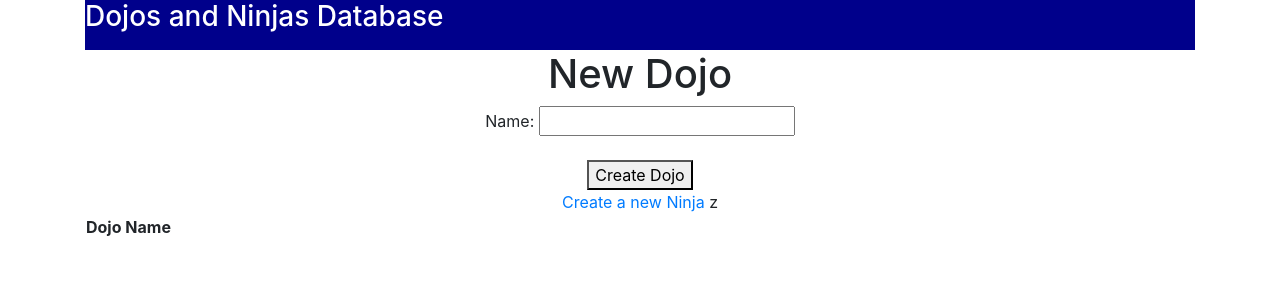
Repository: Java-October-2020/Lance-S-Assignments
Page: http://localhost/dojosAndNinjas/WEB-INF/new.jsp
The author's editor kept a copy of each file at every save. The page is drawn from the files as they stood at one save, then again after the next save.
The browser window is 1280 px wide. The pictures show the whole page.
The page is served by Tomcat 9. Nobody is signed in. The template is opened directly, without the code that normally fills it, so the values that code supplies are empty.

Above is the page before, as saved 2020-10-31 04:07:19.

After the next save:
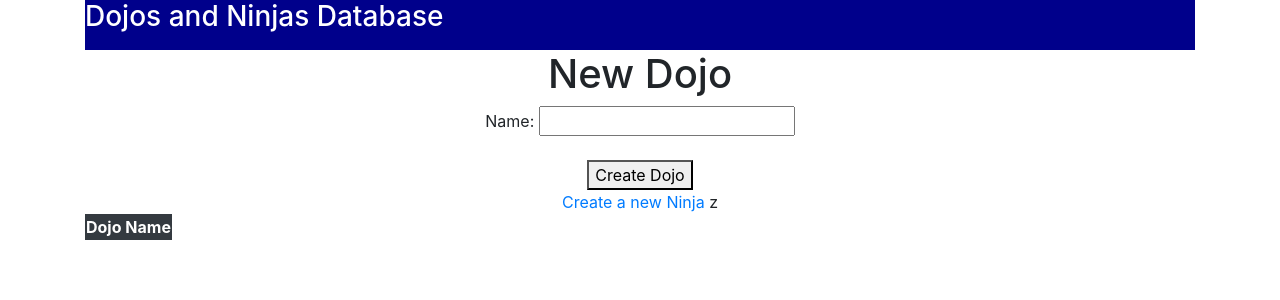
Saved 66 s later.
--- a/dojosAndNinjas/src/main/webapp/WEB-INF/new.jsp
+++ b/dojosAndNinjas/src/main/webapp/WEB-INF/new.jsp
@@ -32,7 +32,7 @@
 
 		<div class="contents">
 			<a href="/ninjas/new">Create a new Ninja</a>
-			<table>
+			<table class="table-dark">
 				<thead>
 					<th>Dojo Name</th>
 				</thead>
